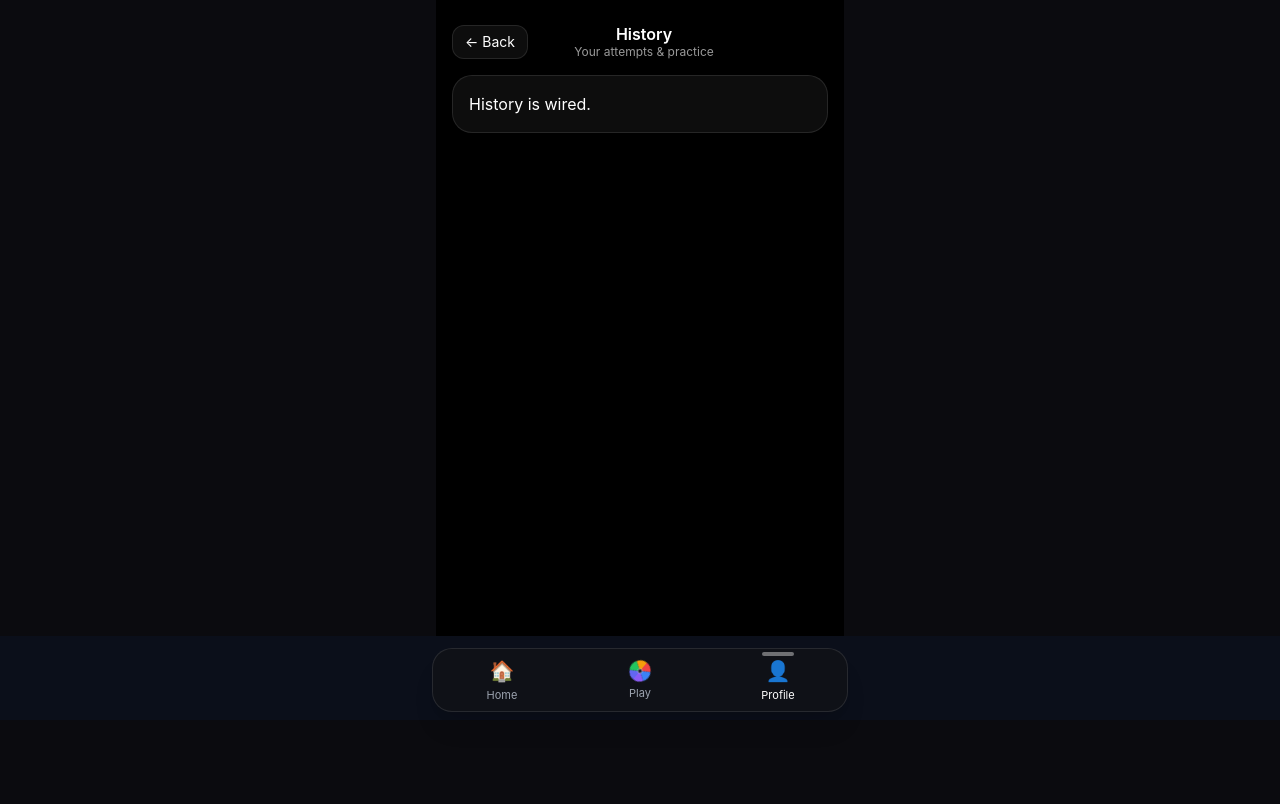
Repository: nirmaldas07/quizify-app
Page: /profile/history
The author's editor kept a copy of each file at every save. The page is drawn from the files as they stood at one save, then again after the next save.
The browser window is 1280 px wide. The pictures show the whole page.
The project was rebuilt for these pictures with package versions that can differ from the ones it lists, and the page was loaded fresh each time. Also part of the build but not shown: src/components/ConfirmStartSheet.jsx, src/components/CoinFly.jsx, src/components/Home.jsx, src/components/Play.jsx, src/components/Quiz.jsx, src/components/PartySpin.jsx, src/components/Profile/ProfileHome.jsx, src/components/Profile/Leaderboard.jsx.

Above is the page before, as saved 2025-08-25 13:02:42.

After the next save:
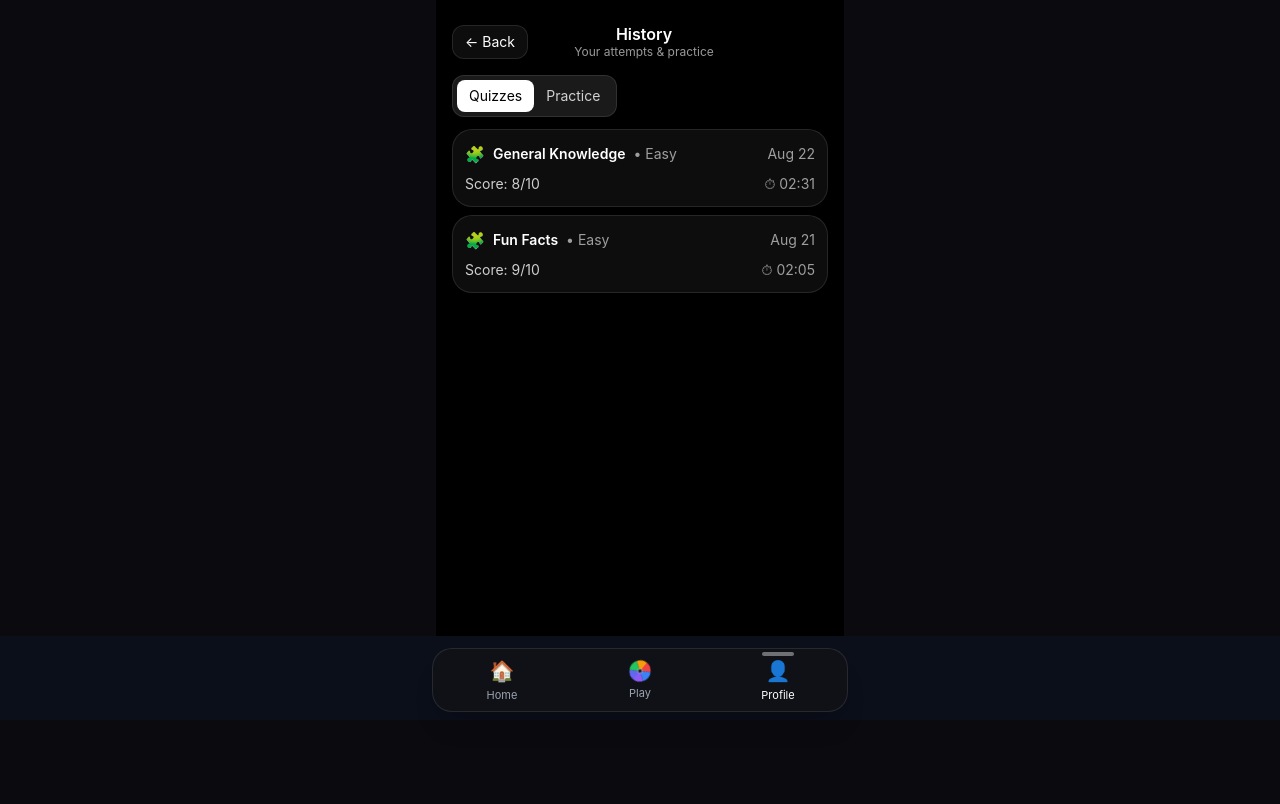
Saved 2 min 18 s later.
--- a/src/components/Profile/History.jsx
+++ b/src/components/Profile/History.jsx
@@ -1,10 +1,54 @@
-import React from "react";
+import React, { useState, useMemo } from "react";
 import Screen from "./Screen.jsx";
 
+const mockHistory = [
+  { id: 1, type: "quiz",     category: "General Knowledge", difficulty: "Easy",   score: 8,  total: 10, time: "02:31", date: "Aug 22" },
+  { id: 2, type: "practice", category: "Science",           difficulty: "Medium", score: 12, total: 15, time: "06:02", date: "Aug 22" },
+  { id: 3, type: "quiz",     category: "Fun Facts",         difficulty: "Easy",   score: 9,  total: 10, time: "02:05", date: "Aug 21" },
+];
+
 export default function History() {
+  const [tab, setTab] = useState("quizzes");
+  const items = useMemo(
+    () => mockHistory.filter(h => (tab === "quizzes" ? h.type === "quiz" : h.type === "practice")),
+    [tab]
+  );
+
   return (
     <Screen title="History" subtitle="Your attempts & practice">
-      <div className="rounded-2xl border border-white/10 bg-white/5 p-4">History is wired.</div>
+      {/* Tabs */}
+      <div className="mb-3 inline-flex p-1 rounded-xl bg-white/10 border border-white/10">
+        {[
+          {value:"quizzes", label:"Quizzes"},
+          {value:"practice", label:"Practice"},
+        ].map(o => (
+          <button key={o.value}
+                  onClick={() => setTab(o.value)}
+                  className={`px-3 py-1.5 text-sm rounded-lg ${tab===o.value?"bg-white text-black":"text-white/80 hover:text-white"}`}>
+            {o.label}
+          </button>
+        ))}
+      </div>
+
+      {/* List */}
+      <ul className="space-y-2">
+        {items.map(h => (
+          <li key={h.id} className="rounded-2xl border border-white/10 bg-white/5 p-3">
+            <div className="flex items-center justify-between text-sm">
+              <div className="flex items-center gap-2">
+                <span className="text-base">{h.type==="quiz"?"🧩":"📝"}</span>
+                <span className="font-semibold">{h.category}</span>
+                <span className="text-white/60">• {h.difficulty}</span>
+              </div>
+              <div className="text-white/60">{h.date}</div>
+            </div>
+            <div className="mt-2 flex items-center justify-between text-sm">
+              <div className="text-white/80">Score: {h.score}/{h.total}</div>
+              <div className="text-white/60">⏱ {h.time}</div>
+            </div>
+          </li>
+        ))}
+      </ul>
     </Screen>
   );
 }
